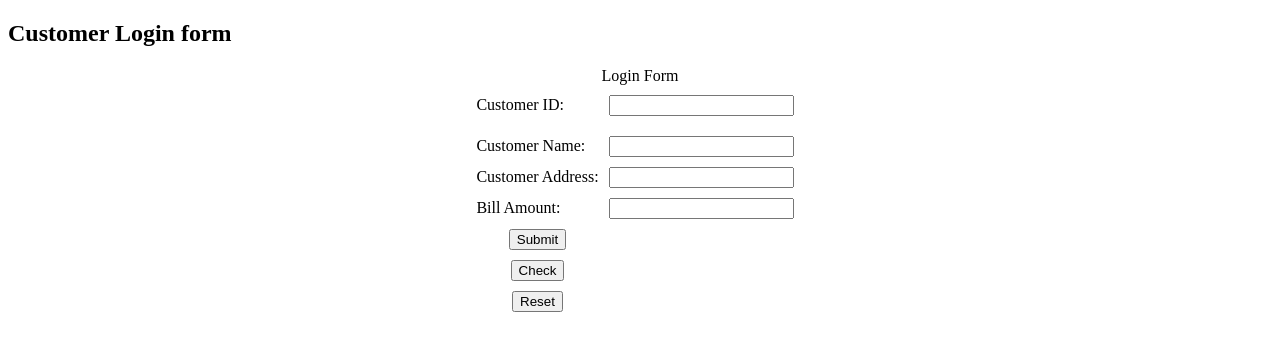
Repository: abhishek110597/Deloitte
Page: Workspace/JavaTraining/CustomerForm.html
The author's editor kept a copy of each file at every save. The page is drawn from the files as they stood at one save, then again after the next save.
The browser window is 1280 px wide. The pictures show the whole page.

Above is the page before, as saved 2019-12-30 09:15:17.

After the next save:
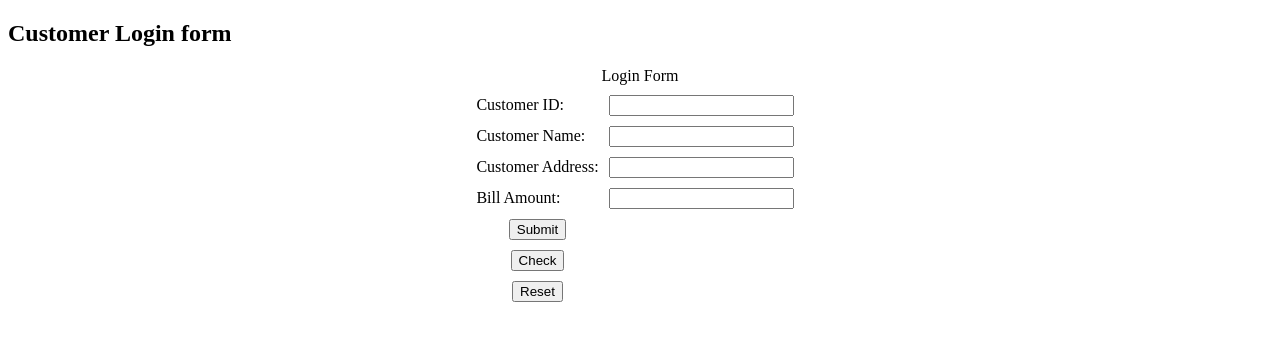
Saved 26 s later.
--- a/Workspace/JavaTraining/CustomerForm.html
+++ b/Workspace/JavaTraining/CustomerForm.html
@@ -54,7 +54,6 @@
 				<td><span id="errorCustomerId"></span></td>
 			</tr>
 			<tr>
-			<tr>
 				<td>Customer Name:</td>
 				<td><input type="text" name="customerName" id="customerName" /></td>
 				<td><span id="errorCustomerName"></span></td>
